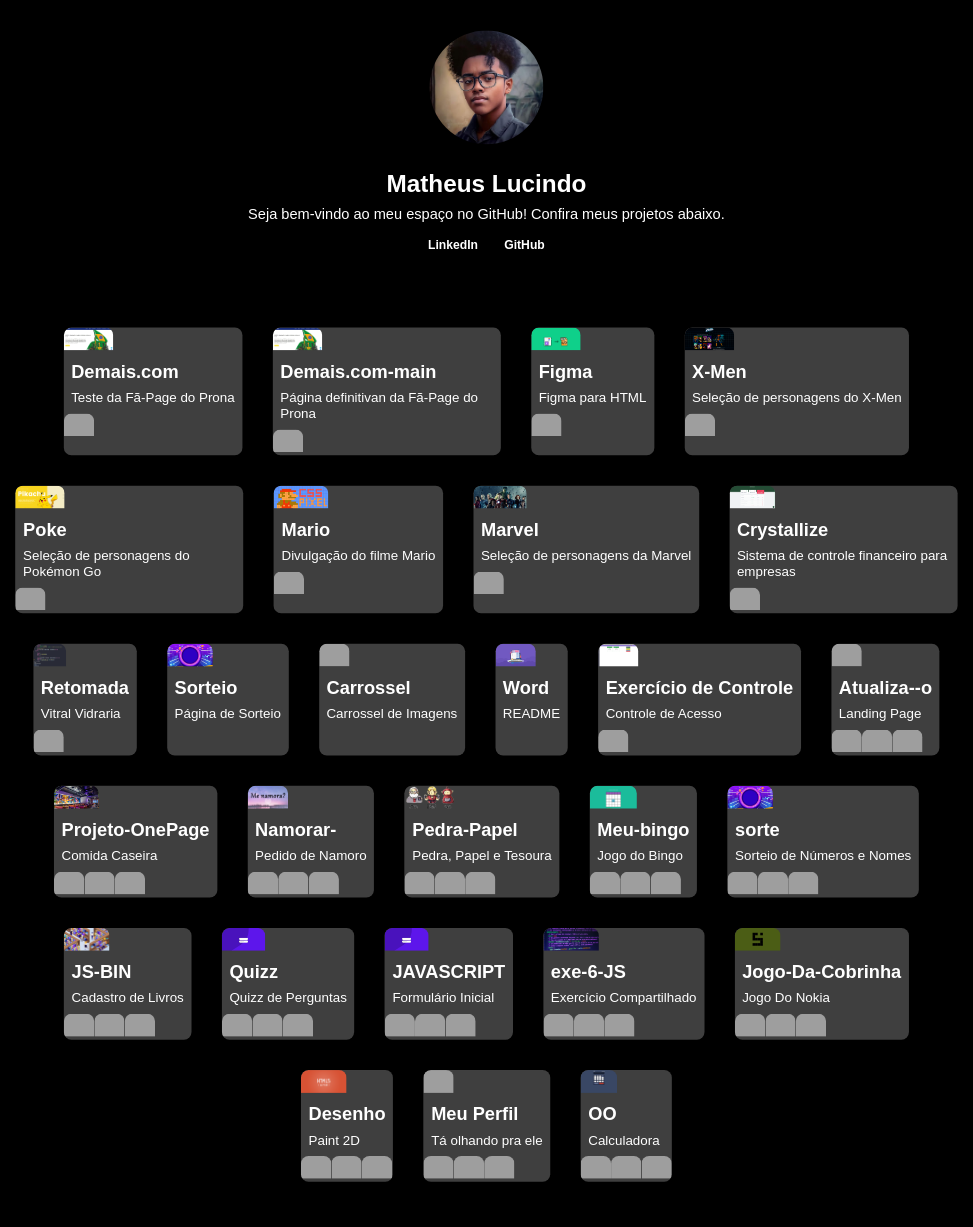
Repository: Matheus904-12/Meu-Perfil
Page: index.html
An editor plug-in stored every save of this project. The page is shown before and after the next save, followed by the edit.
The browser window is 1280 px wide. The pictures show the whole page, at 76% of full size.
Pictures or frames that could not be fetched are drawn as grey boxes.

Above is the page before, as saved 2023-09-26 22:03:52.

### index.html
<!DOCTYPE html>
<html lang="en">
<head>
    <meta charset="UTF-8">
    <meta name="viewport" content="width=device-width, initial-scale=1.0">
    <link rel="stylesheet" href="styles.css">
    <link rel="icon" href="p">
    <title>Seu Perfil</title>
</head>
<body>


    <header>
        <img src="IMG_20230326_185729_968.jpg" alt="Sua Foto de Perfil" class="profile-picture">
        <h1>Matheus Lucindo</h1>
        <p>Seja bem-vindo ao meu espaço no GitHub! Confira meus projetos abaixo.</p>
        <div class="social-links">
            <a href="https://www.linkedin.com/in/matheus-lucindo-b35b68190/" target="_blank">LinkedIn</a>
            <a href="https://github.com/Matheus904-12" target="_blank">GitHub</a>
        </div>
    </header>

    <section class="repositories">
        <!-- Os repositórios serão carregados aqui via JavaScript -->
    </section>

    <script src="script.js"></script>
</body>
</html>

### styles.css
/* styles.css */

body {
    font-family: 'Arial', sans-serif;
    margin: 0;
    padding: 0;
    background-color: #000000;
    color: #fff;
    transition: background-color 0.3s, color 0.3s;
}

.profile-picture {
    border-radius: 50%;
    width: 150px;
    height: 150px;
    margin-bottom: 20px;
    object-fit: cover;
}

header {
    text-align: center;
    padding: 40px;
    background-color: #000000;
    box-shadow: 0px 4px 8px rgba(0, 0, 0, 0.1);
}

h1 {
    font-size: 2em;
    margin: 10px 0;
}

p {
    font-size: 1.2em;
    max-width: 800px;
    margin: 0 auto 20px;
}

.social-links {
    margin-top: 20px;
}

.social-links a {
    display: inline-block;
    margin: 0 15px;
    text-decoration: none;
    color: #fff;
    font-weight: bold;
    transition: color 0.3s;
}

.social-links a:hover {
    color: #00aa1a;
}

.repositories {
    display: flex;
    flex-wrap: wrap;
    justify-content: center;
    margin: 40px 0;
}

.repository-card {
    background-color: #3f3f3f;
    border-radius: 10px;
    box-shadow: 0px 4px 8px rgba(0, 0, 0, 0.1);
    margin: 20px;
    max-width: 300px;
    transition: transform 0.3s, box-shadow 0.3s, background-color 0.3s;
    overflow: hidden;
    color: #fff; /* Cor do texto ajustada */
}

.repository-card img {
    border-radius: 10px 10px 0 0;
    max-width: 100%;
    height: auto;
    max-height: 200px;
    object-fit: cover;
    max-height: 30px; /* Adicionado este estilo para limitar a altura dos ícones */
}

.repository-card h3 {
    margin: 10px;
    font-size: 1.5em;
}

.repository-card p {
    margin: 10px;
    font-size: 1.1em;
}

.repository-card:hover {
    transform: scale(1.05);
    box-shadow: 0 8px 16px rgba(128, 0, 128, 0.1);

}

.repository-card a {
    color: #ffffff; /* Defina a cor de texto desejada aqui */
    text-decoration: none; /* Para remover sublinhado dos links */
}

/* Estilos para tablets (largura máxima de 768px) */
@media screen and (max-width: 768px) {
    header {
        padding: 20px;
    }

    .profile-picture {
        width: 100px;
        height: 100px;
        margin-bottom: 10px;
    }

    h1 {
        font-size: 1.5em;
    }

    p {
        font-size: 1em;
    }

    .social-links a {
        margin: 0 10px;
    }

    .repository-card {
        max-width: 250px;
    }

    .repository-card img {
        max-height: 150px;
    }

    .repository-card h3 {
        font-size: 1.2em;
    }

    .repository-card p {
        font-size: 1em;
    }
}

/* Estilos para dispositivos móveis (largura máxima de 480px) */
@media screen and (max-width: 480px) {
    header {
        padding: 10px;
    }

    .profile-picture {
        width: 80px;
        height: 80px;
        margin-bottom: 5px;
    }

    h1 {
        font-size: 1.2em;
    }

    p {
        font-size: 0.9em;
    }

    .social-links a {
        margin: 0 5px;
    }

    .repository-card {
        max-width: 200px;
    }

    .repository-card img {
        max-height: 120px;
    }

    .repository-card h3 {
        font-size: 1em;
    }

    .repository-card p {
        font-size: 0.8em;
    }
}

### script.js
document.addEventListener('DOMContentLoaded', function() {
    const repositories = [
        {
            name: 'Demais.com',
            description: 'Teste da Fã-Page do Prona',
            coverImage: 'Demais.com.jpg',
            languages: ['']
        },
        {
            name: 'Demais.com-main',
            description: 'Página definitivan da Fã-Page do Prona',
            coverImage: 'Demais.com.jpg',
            languages: ['']
        },
        {
            name: 'Figma',
            description: 'Figma para HTML',
            coverImage: 'Figma_to_html_1.png',
            languages: ['']
        },
        {
            name: 'X-Men',
            description: 'Seleção de personagens do X-Men',
            coverImage: 'xmen.png',
            languages: ['']
        },
        {
            name: 'Poke',
            description: 'Seleção de personagens do Pokémon Go',
            coverImage: 'pokemon-slider.png',
            languages: ['']
        },
        {
            name: 'Mario',
            description: 'Divulgação do filme Mario',
            coverImage: 'css-pixel-art.png',
            languages: ['']
        },
        {
            name: 'Marvel',
            description: 'Seleção de personagens da Marvel',
            coverImage: 'marvel.jpg',
            languages: ['']
        },
        {
            name: 'Crystallize',
            description: 'Sistema de controle financeiro para empresas',
            coverImage: 'sis.png',
            languages: ['']
        },
        {
            name: 'Retomada',
            description: 'Vitral Vidraria',
            coverImage: 'retom.png',
            languages: ['']
        },
        {
            name: 'Sorteio',
            description: 'Página de Sorteio',
            coverImage: 'sorteio.jpg',
            languages: []
        },
        {
            name: 'Carrossel',
            description: 'Carrossel de Imagens',
            coverImage: 'car.jpg',
            languages: []
        },
        {
            name: 'Word',
            description: 'README',
            coverImage: 'como-fazer-um-bom-readme-preview.png',
            languages: []
        },
        {
            name: 'Exercício de Controle',
            description: 'Controle de Acesso',
            coverImage: 'control.png',
            languages: ['HTML']
        },
        {
            name: 'Atualiza--o',
            description: 'Landing Page',
            coverImage: 'landing.png',
            languages: ['HTML', 'CSS', 'JS']
        },
        {
            name: 'Projeto-OnePage',
            description: 'Comida Caseira',
            coverImage: 'restaurante.jpeg',
            languages: ['HTML', 'CSS', 'JS']
        },
        {
            name: 'Namorar-',
            description: 'Pedido de Namoro',
            coverImage: 'namorar.jpg',
            languages: ['HTML', 'CSS', 'JS']
        },
        {
            name: 'Pedra-Papel',
            description: 'Pedra, Papel e Tesoura',
            coverImage: 'jokenpo.png',
            languages: ['HTML', 'CSS', 'JS']
        },
        {
            name: 'Meu-bingo',
            description: 'Jogo do Bingo',
            coverImage: 'bingo.jpg',
            languages: ['HTML', 'CSS', 'JS']
        },
        {
            name: 'sorte',
            description: 'Sorteio de Números e Nomes',
            coverImage: 'sorteio.jpg',
            languages: ['HTML', 'CSS', 'JS']
        },
        {
            name: 'JS-BIN',
            description: 'Cadastro de Livros',
            coverImage: 'bibliotecas.png',
            languages: ['HTML', 'CSS', 'JS']
        },
        {
            name: 'Quizz',
            description: 'Quizz de Perguntas',
            coverImage: 'a-guide-to-html-css-forms-no-hacks.jpg',
            languages: ['HTML', 'CSS', 'JS']
        },
        {
            name: 'JAVASCRIPT',
            description: 'Formulário Inicial',
            coverImage: 'a-guide-to-html-css-forms-no-hacks.jpg',
            languages: ['HTML', 'CSS', 'JS']
        },
        {
            name: 'exe-6-JS',
            description: 'Exercício Compartilhado',
            coverImage: 'comp.png',
            languages: ['HTML', 'CSS', 'JS']
        },
        {
            name: 'Jogo-Da-Cobrinha',
            description: 'Jogo Do Nokia',
            coverImage: 'cobrinha.png',
            languages: ['HTML', 'CSS', 'JS']
        },
        {
            name: 'Desenho',
            description: 'Paint 2D',
            coverImage: '20151220031246_canvas.png',
            languages: ['HTML', 'CSS', 'JS']
        },
        {
            name: 'Meu Perfil',
            description: 'Tá olhando pra ele',
            coverImage: 'perfi.png',
            languages: ['HTML', 'CSS', 'JS']
        },
        {
            name: 'OO',
            description: 'Calculadora',
            coverImage: 'leva.jpg',
            languages: ['HTML', 'CSS', 'JS']
        },


    ];

    const repositoriesSection = document.querySelector('.repositories');

    repositories.forEach(repository => {
        const card = document.createElement('div');
        card.classList.add('repository-card');

        const languagesIcons = repository.languages.map(lang => `<img src="${lang.toLowerCase()}.png" alt="${lang}">`).join('');

        card.innerHTML = `
            <a href="${repository.link}" target="_blank">
                <div class="card-border">
                    <img src="${repository.coverImage}" alt="Capa do Repositório">
                </div>
                <h3>${repository.name}</h3>
                <p>${repository.description}</p>
                <div class="languages">${languagesIcons}</div>
            </a>
        `;

        card.addEventListener('click', function() {
            card.classList.toggle('selected');
        });

        repositoriesSection.appendChild(card);
    });
});

After the next save:
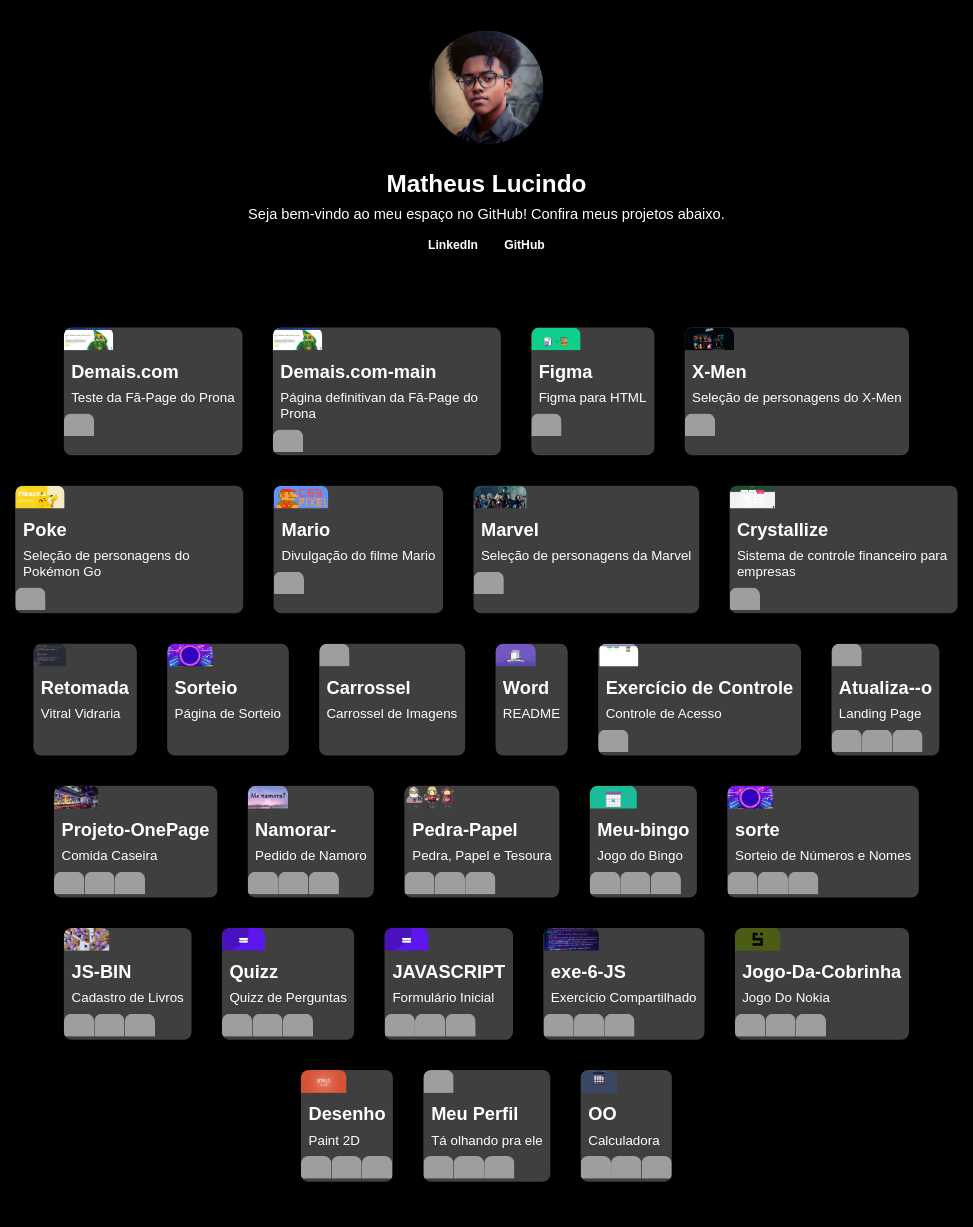
Saved 4 s later.
--- a/script.js
+++ b/script.js
@@ -52,7 +52,7 @@
             name: 'Retomada',
             description: 'Vitral Vidraria',
             coverImage: 'retom.png',
-            languages: ['']
+            languages: []
         },
         {
             name: 'Sorteio',
